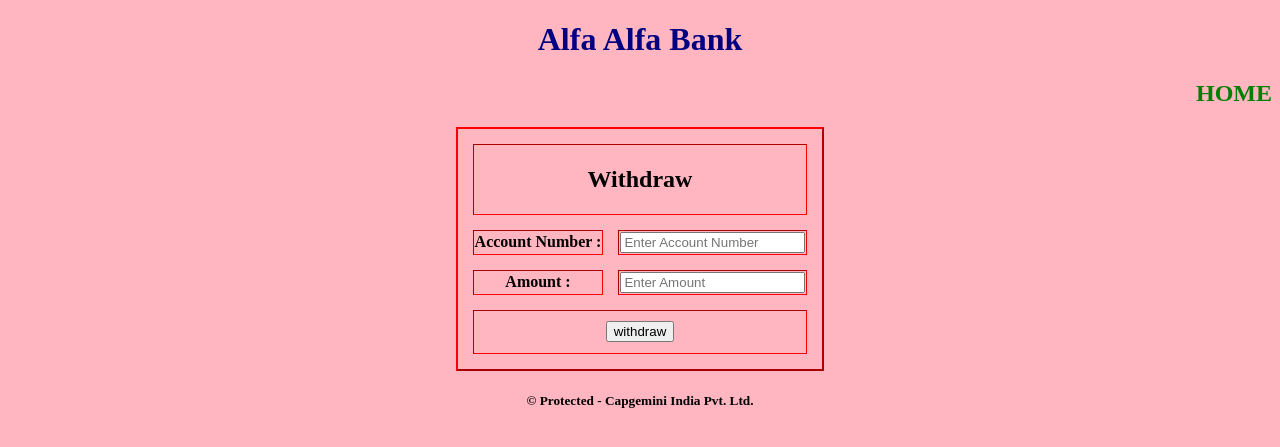
Repository: Rccalfa123/OnlineBankingApp
Page: http://localhost/AlfaAlfaBankApp/withdrawForm.jsp
These files come from the project's save history. The page is drawn as it stood at one moment and after the next save; the edit follows.
The browser window is 1280 px wide. The pictures show the whole page.
The page is served by Tomcat 9. Other server files are loaded and not shown.

Above is the page before, as saved 2018-08-13 15:17:59.

### AlfaAlfaBankApp/WebContent/withdrawForm.jsp
<%@ page language="java" contentType="text/html; charset=ISO-8859-1"
    pageEncoding="ISO-8859-1"%>
     <%@taglib prefix="alfa" uri="http://java.sun.com/jsp/jstl/core"%>

<!DOCTYPE html>
<html>
<head>

<link rel="stylesheet" type="text/css" href="mystyle.css">

<meta charset="ISO-8859-1">
<title>Insert title here</title>
</head>
<body>

<jsp:include page="header.jsp"></jsp:include>

		<form action="withdraw.app" method="get">

			<div>
				<table cellspacing="15" align="center" border="2">
					<tr>
						<th colspan="6" height="35"><h2>Withdraw</h2></th>
					</tr>
					<tr>
						<th height="20">Account Number : </th>
						<th colspan="5" > <input type="number" name="typedAccount"  placeholder="Enter Account Number" required="required"></th>
					</tr>
					<tr>
						<th height="20">Amount : </th>
						<th colspan="5" > <input type="number" name="typedAmount"  placeholder="Enter Amount" required="required" min="1"></th>
					</tr>
 					<tr>
					<th colspan="6"  height="40"><input type="submit" value="withdraw"></th>
					</tr>
				</table>
			</div>

		</form>
	<jsp:include page="footer.html"></jsp:include>


</body>
</html>

### AlfaAlfaBankApp/WebContent/header.jsp
<%@taglib prefix="jstl" uri="http://java.sun.com/jsp/jstl/core" %>
<div align="center">
	<h1>Alfa Alfa Bank</h1>

	<div align="right"><h2><a href="home.jsp">  HOME  </a></h2></div>
</div>

### AlfaAlfaBankApp/WebContent/footer.html
<div align="center">
<h5>&copy; Protected - Capgemini India Pvt. Ltd.</h5>
</div>

### AlfaAlfaBankApp/WebContent/mystyle.css
@charset "ISO-8859-1";

body {
    background-color: lightpink;
}

h1 {
    color: navy;
}

td{

 font-family: sans-serif;

}

table {
	border-color: red;
	border-right: 2px 2px 2px 2px ;
}

a{
	text-decoration: none;
	color: green;
}

After the next save:
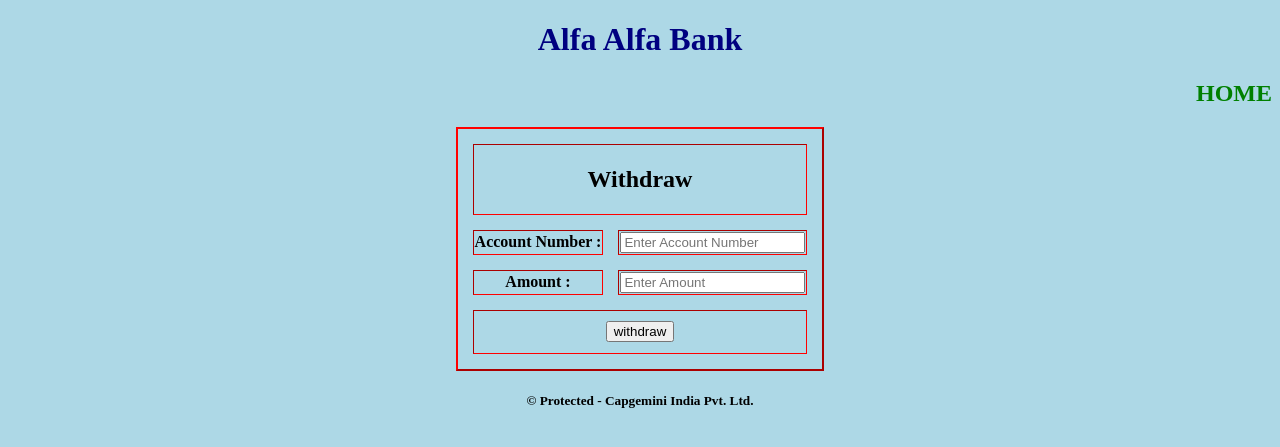
Saved 2 min 28 s later.
--- a/AlfaAlfaBankApp/WebContent/mystyle.css
+++ b/AlfaAlfaBankApp/WebContent/mystyle.css
@@ -1,7 +1,7 @@
 @charset "ISO-8859-1";
 
 body {
-    background-color: lightpink;
+    background-color: lightblue;
 }
 
 h1 {
@@ -17,6 +17,7 @@
 table {
 	border-color: red;
 	border-right: 2px 2px 2px 2px ;
+
 }
 
 a{
